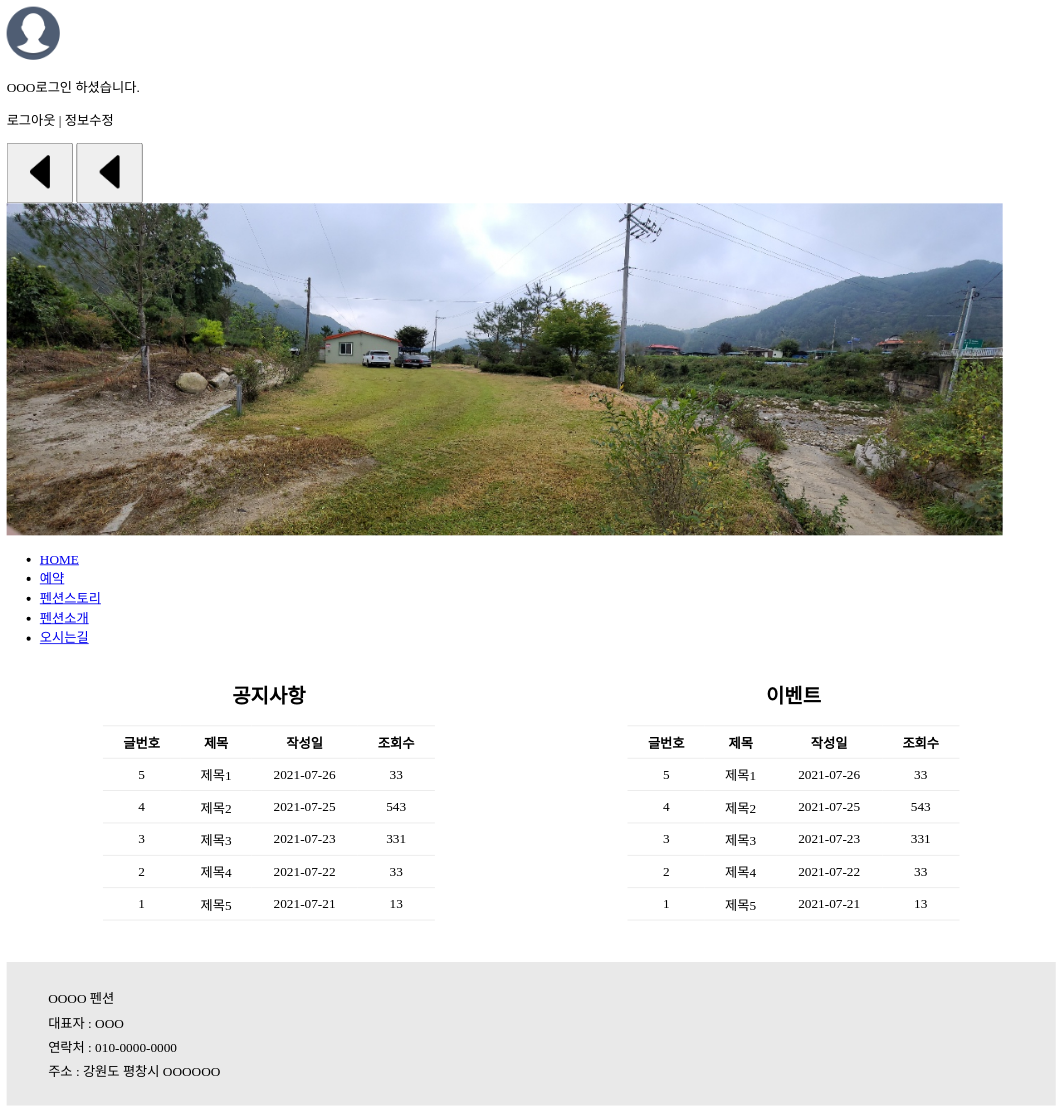
Repository: kuma2458/jsp
Page: http://localhost/step01/08_main.jsp
The author's editor kept a copy of each file at every save. The page is drawn from the files as they stood at one save, then again after the next save.
The browser window is 1280 px wide. The pictures show the whole page, at 83% of full size.
The page is served by Tomcat 9.

Above is the page before, as saved 2023-12-21 05:02:55.

After the next save:
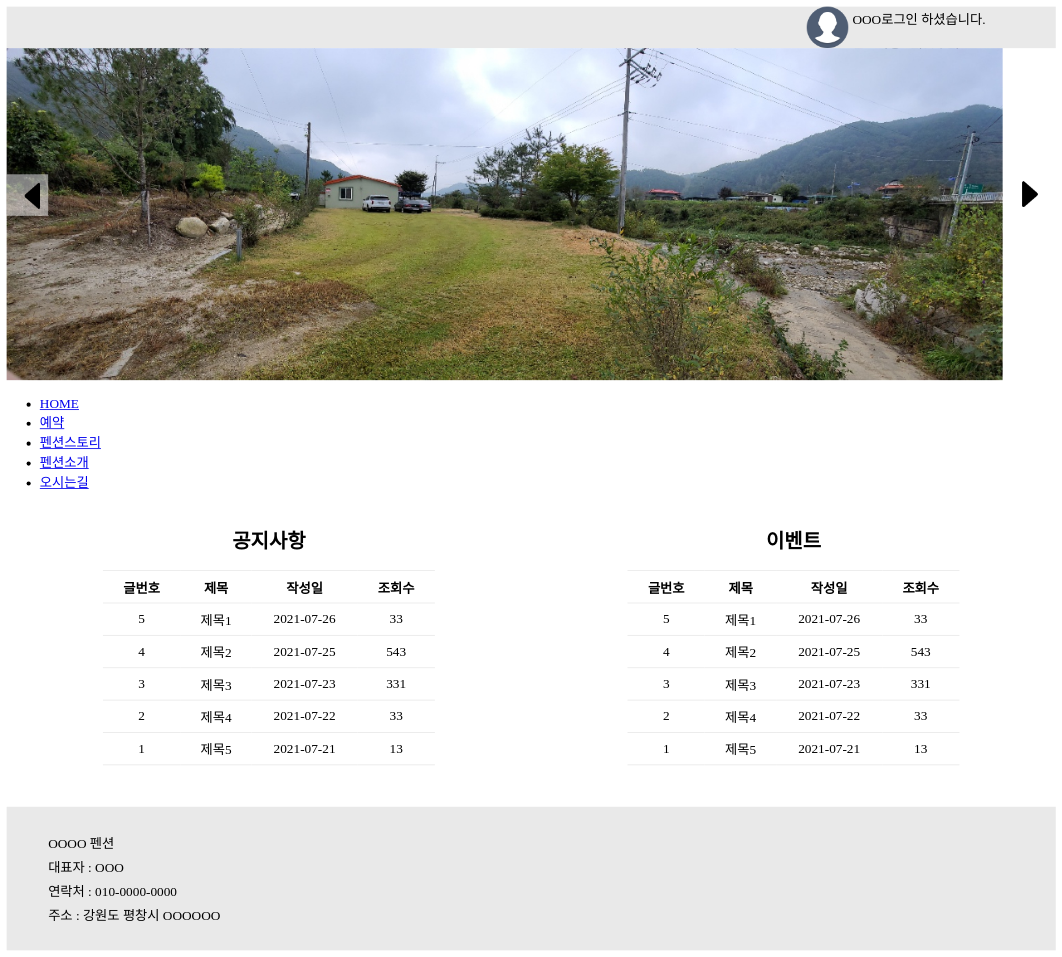
Saved 82 s later.
--- a/step01/src/main/webapp/08_main.jsp
+++ b/step01/src/main/webapp/08_main.jsp
@@ -40,25 +40,7 @@
 </head>
 <body>
     <div class="flex_container">
-
-        <header>
-	<div id="member_bar">
-		<div>
-			<img src="resource/images/profile.png" alt="">
-			<p>OOO로그인 하셨습니다.</p>
-			<p>로그아웃 | 정보수정</p>
-		</div>
-	</div>
-	<div class="ad_img">
-		<button class="left_arrow">
-			<img src="resource/images/left_arrow.png" alt="">
-		</button>
-		<button class="right_arrow">
-			<img src="resource/images/left_arrow.png" alt="">
-		</button>
-		<img src="resource/images/main_4.jpg" alt="">
-	</div>
-</header>
+	<jsp:include page="template/pheader.jsp"></jsp:include>
 <nav>
 	<ul>
 		<li><a href="main.jsp">HOME</a></li>
